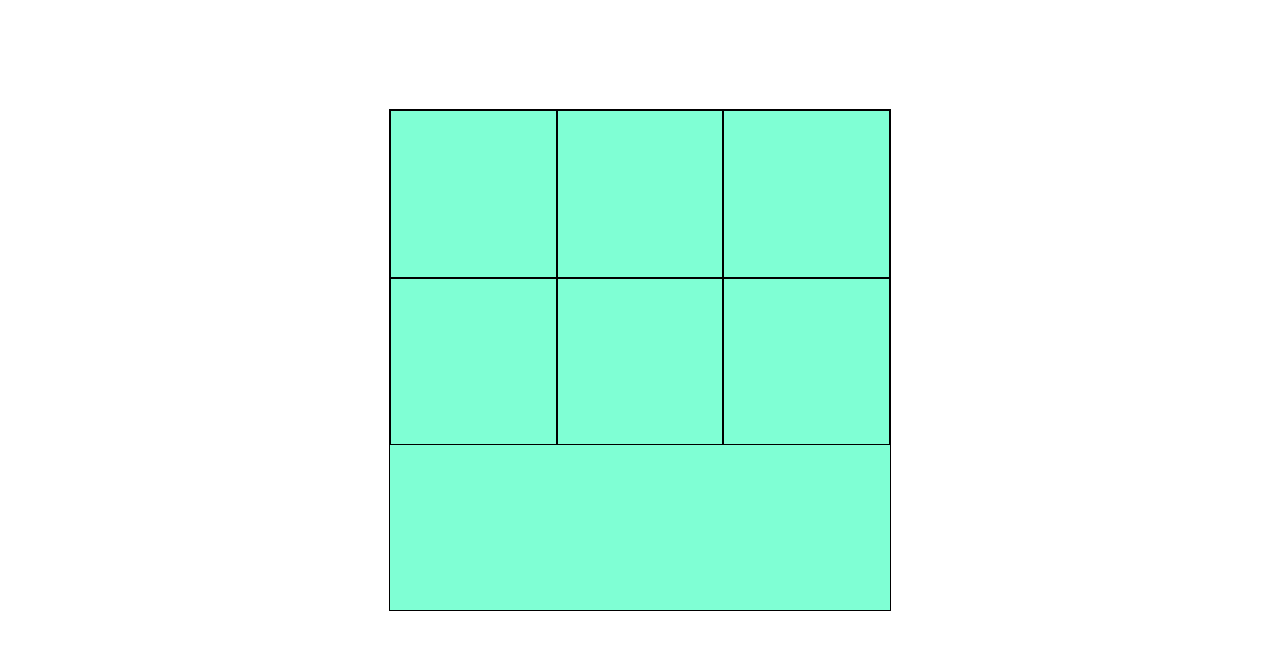
Repository: nasimqureshi/react-tic-tac-toe
Page: /
An editor plug-in stored every save of this project. The page is shown before and after a run of saves, followed by the edit.
The browser window is 1280 px wide. The pictures show the whole page.
The project was rebuilt for these pictures with package versions that can differ from the ones it lists, and the page was loaded fresh each time.

Above is the page before, as saved 2024-10-13 22:01:58.

### src/App.js

import './App.css';
import { useState } from 'react';
import Square from './components/Square';

function App() {
  const [board, setBoard] = useState(["","","","","","","","",""]);
  const [player, setPlayer] = useState("X")
  const chooseSquare = (square) =>{
      setBoard(board.map((val, index) => {
        if(index === square && val === ""){
          return player
        }
        return val
      }))
      if(player === "X"){
        setPlayer("O");
      } else {
        setPlayer("X");
      }
  }

  return (
    <div className="App">
      <div className='board'>
        <div className='row'>
          <Square val={board[0]} chooseSquare={() => {chooseSquare(0)}} />
          <Square val={board[1]} chooseSquare={() => {chooseSquare(1)}} />
          <Square val={board[2]} chooseSquare={() => {chooseSquare(2)}} />
        </div>
        <div className='row'>
          <Square val={board[0]} chooseSquare={() => {chooseSquare(0)}} />
          <Square val={board[1]} chooseSquare={() => {chooseSquare(1)}} />
          <Square val={board[2]} chooseSquare={() => {chooseSquare(2)}} />
        </div>
        <div className='row'></div>
      </div>
    </div>
  );
}

export default App;

### src/App.css
.App {
  width: 100vw;
  height: 100vh;
  display: flex;
  justify-content: center;
  align-items: center;
}
body {
  margin: 0;
  padding: 0;
}
.board {
  width: 500px;
  height: 500px;
  background-color: aquamarine ;
  border: 1px solid black;
  display: flex;
  flex-direction: column;
}
.board .row {
  display: flex;
  flex: 33%;
  flex-direction: row;
}
.square {
  flex: 33%;
  height: 100%;
  border: 1px solid black;
  cursor: pointer;
  display: grid;
  place-items: center;
  font-size: 30px;
  color: black;
  font-family: Arial, Helvetica, sans-serif;
}

### src/components/Square.js
import React from 'react';
import "../App.css";

const Square = ({ val, chooseSquare }) => {
  return (
    <div className="square" onClick={chooseSquare}>
      {val}
    </div>
  );
}

export default Square;

Loaded but not shown: public/index.html (common file); src/index.js (common file); src/reportWebVitals.js (common file)

After the next 2 saves:
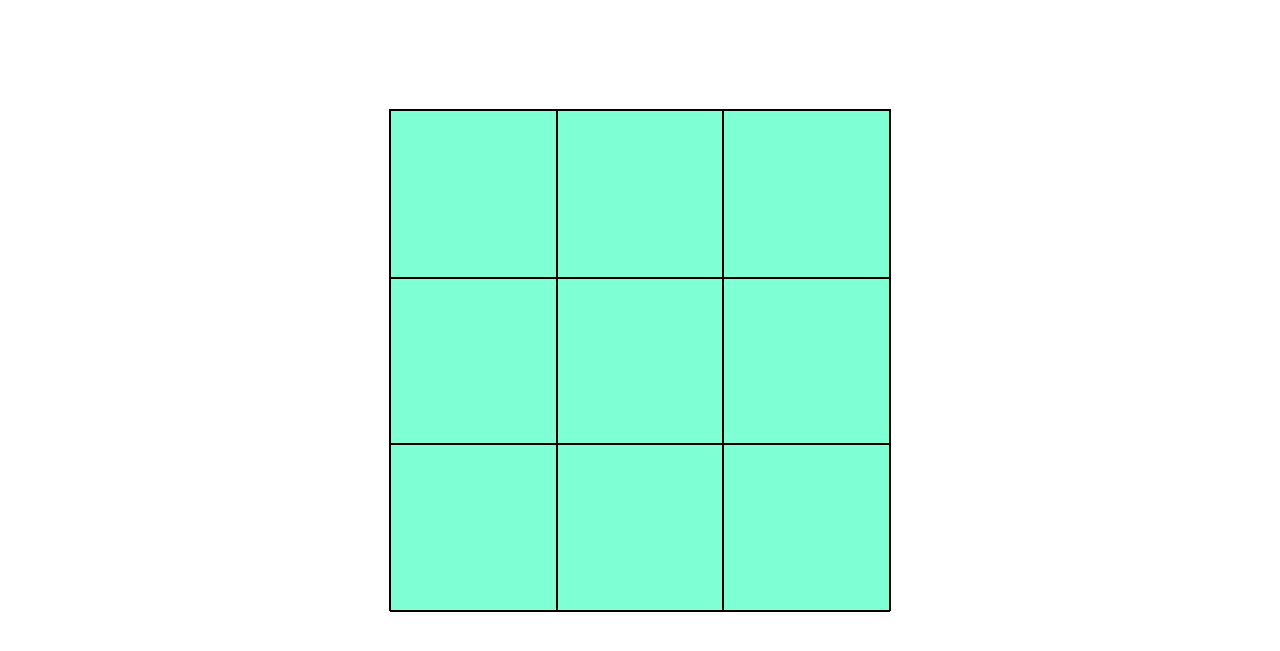
The 2 saves are shown as one change because they came seconds apart.
The last was saved 12 s later.
--- a/src/App.js
+++ b/src/App.js
@@ -33,7 +33,11 @@ function App() {
           <Square val={board[1]} chooseSquare={() => {chooseSquare(1)}} />
           <Square val={board[2]} chooseSquare={() => {chooseSquare(2)}} />
         </div>
-        <div className='row'></div>
+        <div className='row'>
+        <Square val={board[0]} chooseSquare={() => {chooseSquare(0)}} />
+          <Square val={board[1]} chooseSquare={() => {chooseSquare(1)}} />
+          <Square val={board[2]} chooseSquare={() => {chooseSquare(2)}} />
+        </div>
       </div>
     </div>
   );
